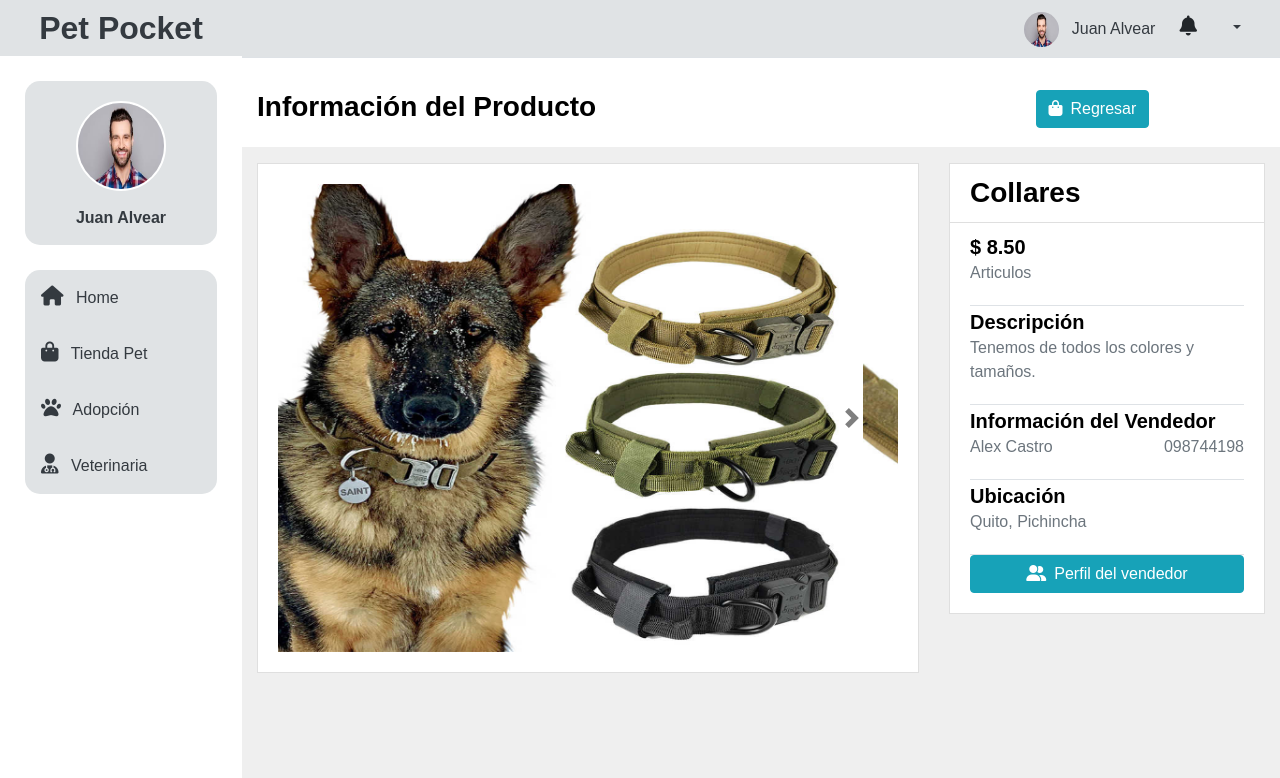
Repository: linkear/k_pet_pocket
Page: P-Final/public/informacion-producto.html
These files come from the project's save history. The page is drawn as it stood at one moment and after the next save; the edit follows.
The browser window is 1280 px wide. The pictures show the whole page.
Some web fonts or font styles are not loaded; a fallback is used. Some web libraries are served in a nearby version.

Above is the page before, as saved 2020-10-25 17:52:18.

After the next save:
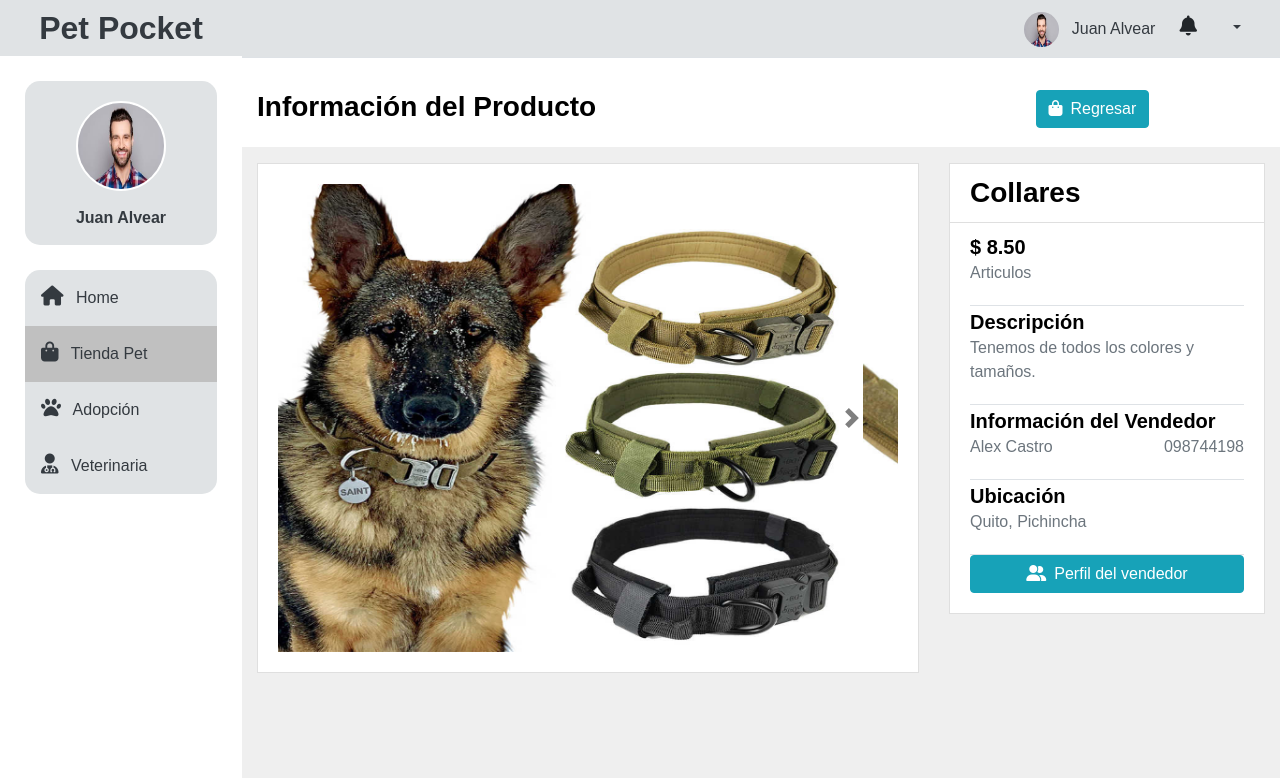
Saved 11 s later.
--- a/P-Final/public/informacion-producto.html
+++ b/P-Final/public/informacion-producto.html
@@ -40,7 +40,7 @@
                 <a href="#" class="d-block text-dark p-3 border-0"><i class="fa fa-home mr-2"></i>
                     Home</a>
 
-                <a href="../public/home-tienda.html" class="d-block text-dark p-3 border-0"><i class="fas fa-shopping-bag mr-2"></i>
+                <a href="../public/home-tienda.html" class="d-block text-dark p-3 border-0 cambio-list"><i class="fas fa-shopping-bag mr-2"></i>
                     Tienda Pet</a>
 
                 <a href="#" class="d-block text-dark p-3 border-0"><i class="fas fa-paw mr-2"></i>
